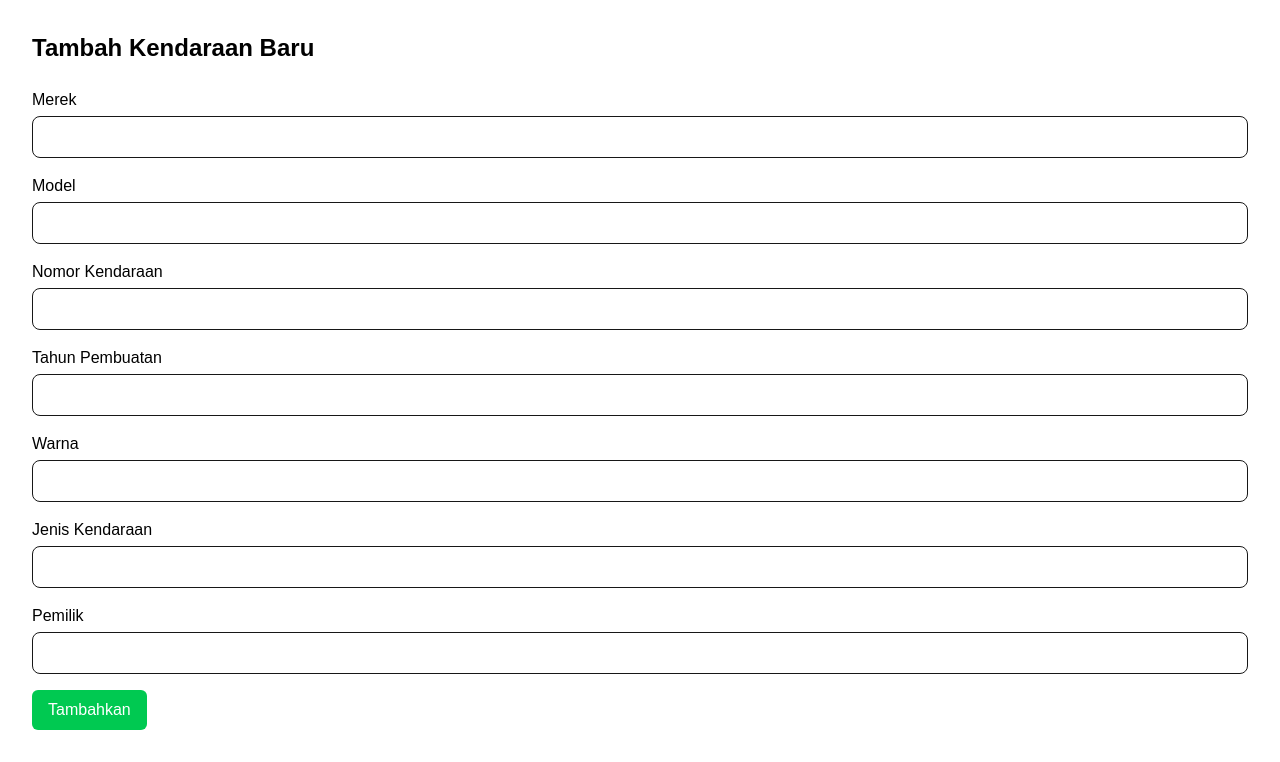
Repository: Adriankf59/gps-tracker
Page: /kendaraan/tambah
An editor plug-in stored every save of this project. The page is shown before and after the next save, followed by the edit.
The browser window is 1280 px wide. The pictures show the whole page.
The project was rebuilt for these pictures with package versions that can differ from the ones it lists, and the page was loaded fresh each time. The framework's server and built-in components were replaced by stand-ins that run in the browser. Also part of the build but not shown: next.config.mjs.

Above is the page before, as saved 2025-03-27 07:44:43.

After the next save:
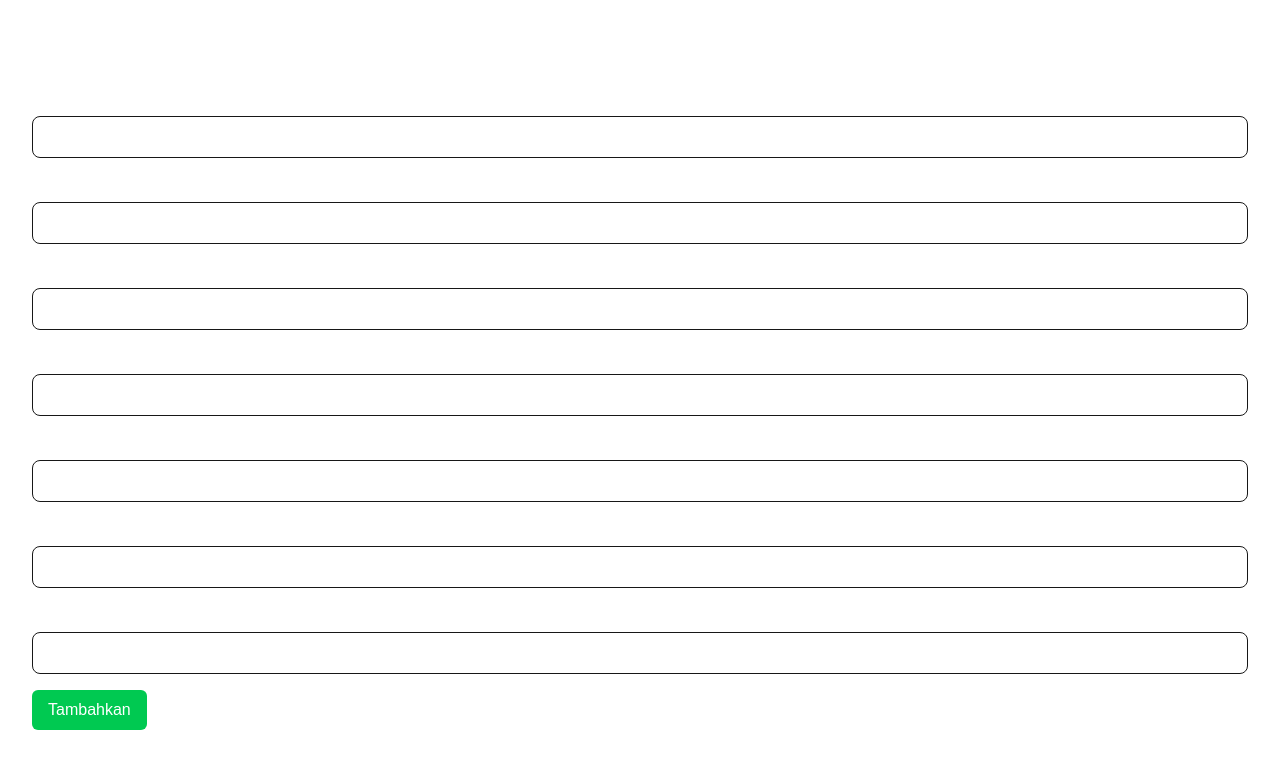
Saved 50 s later.
--- a/pages/kendaraan/tambah/index.js
+++ b/pages/kendaraan/tambah/index.js
@@ -43,11 +43,11 @@ export default function TambahKendaraan() {
 
   return (
     <main className="p-8">
-      <h1 className="text-2xl font-bold mb-6 text-black">Tambah Kendaraan Baru</h1>
+      <h1 className="text-2xl font-bold mb-6 text-white">Tambah Kendaraan Baru</h1>
       <form onSubmit={handleSubmit} className="space-y-4">
         {['merek', 'model', 'nomor_kendaraan', 'tahun_pembuatan', 'warna', 'jenis_kendaraan', 'pemilik'].map((field) => (
           <div key={field}>
-            <label className="block text-black capitalize font-medium mb-1">{field.replace('_', ' ')}</label>
+            <label className="block text-white capitalize font-medium mb-1">{field.replace('_', ' ')}</label>
             <input
               type="text"
               name={field}
